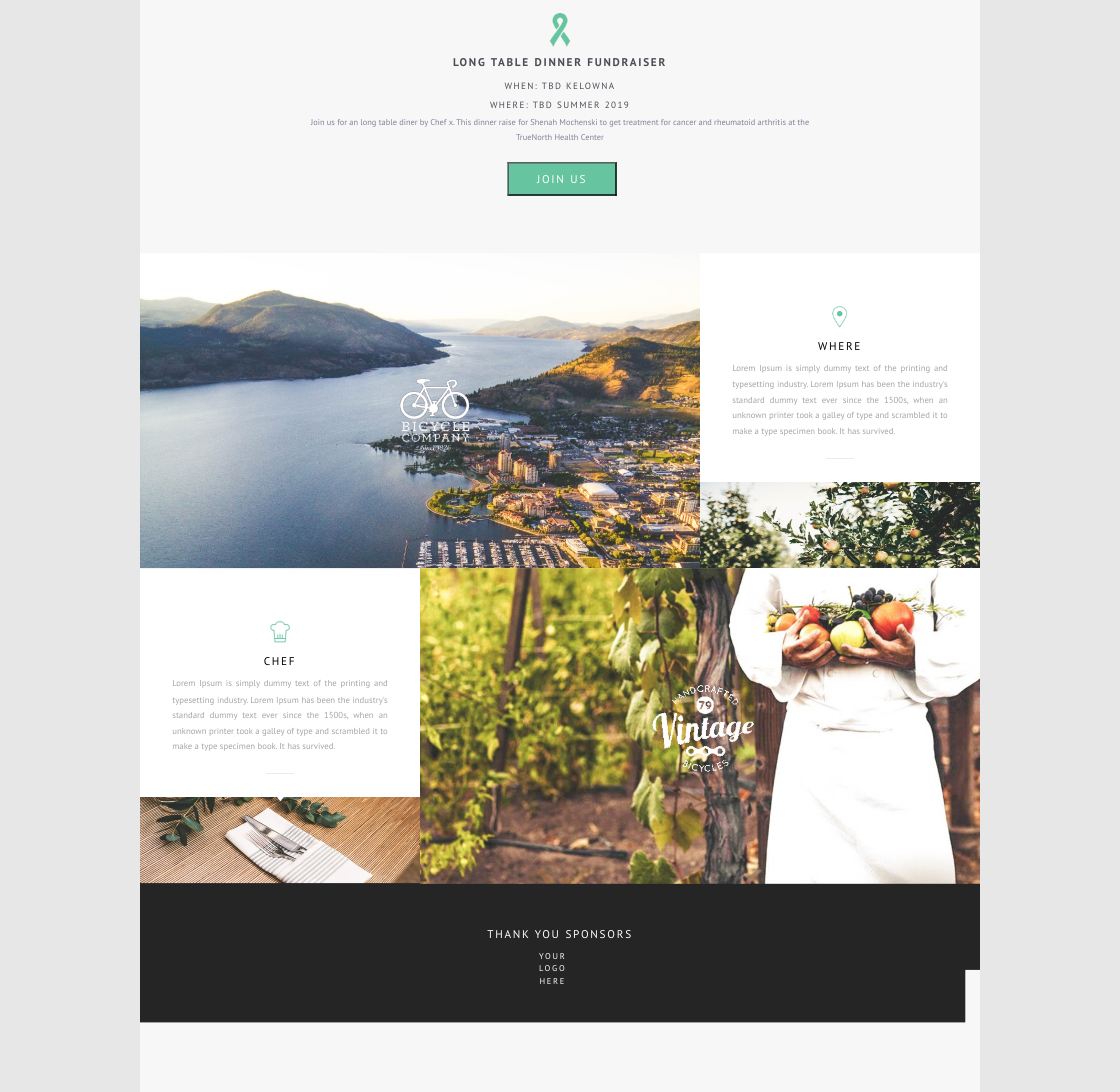
Repository: vancodes/longtable
Page: index.html
The author's editor kept a copy of each file at every save. The page is drawn from the files as they stood at one save, then again after the next save.
The browser window is 1280 px wide. The page is 1600 px wide, so the pictures cover 1600 px, including what lies to the right of the window. The pictures show the part of the page from y = 812 to 2372 px (the page is 2372 px tall), at 70% of full size.

Above is the page before, as saved 2019-04-08 16:37:11.

After the next save:
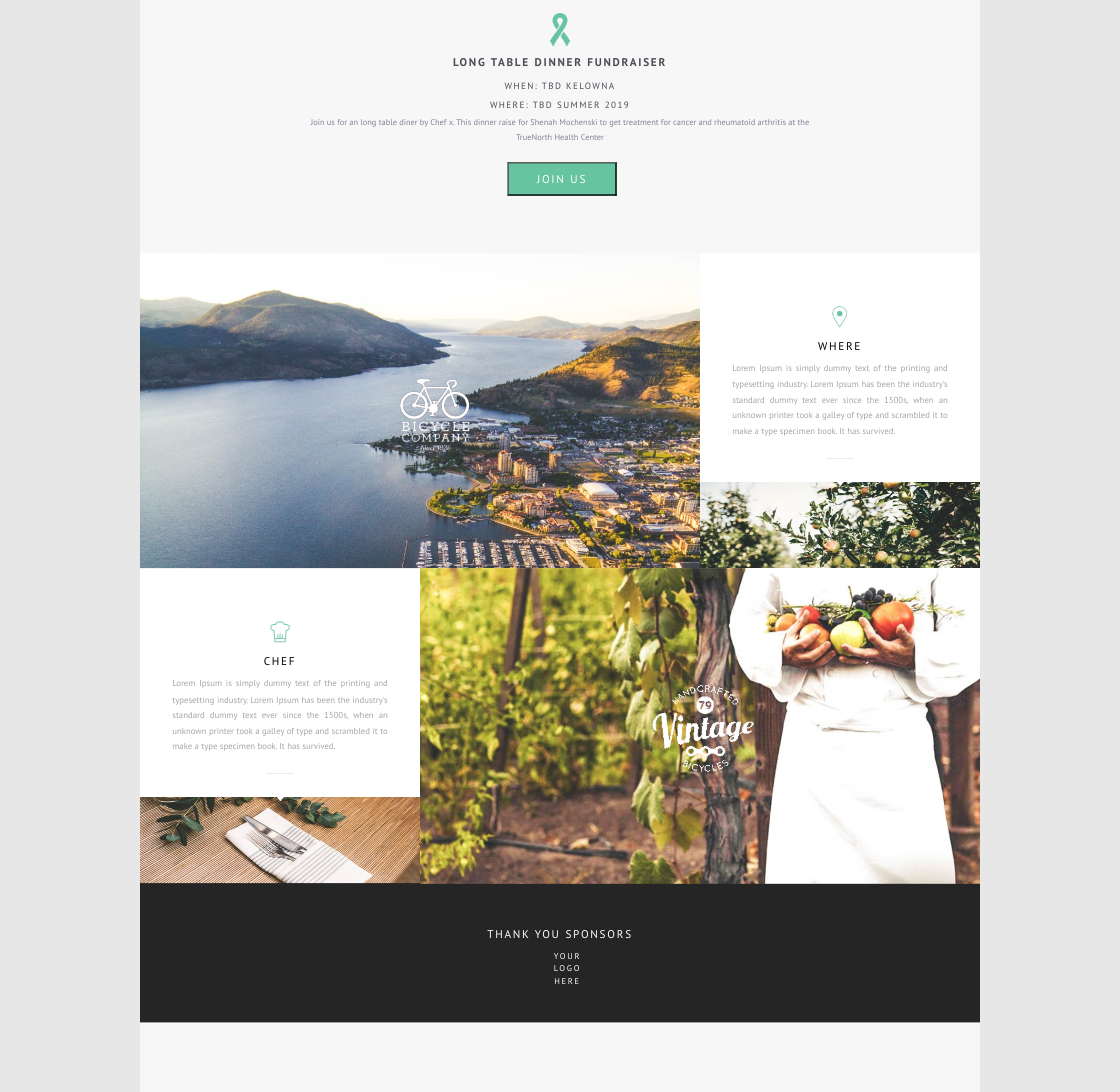
Saved 4 min 56 s later.
--- a/index.css
+++ b/index.css
@@ -574,7 +574,7 @@ img {
 .sponsor-logo {
   position: absolute;
   background-color: #252525;
-  padding: 0px 80px 50px 80px;
+  padding: 0px 80px 50px 101px;
 }
 
 .sponsor-logo p {
